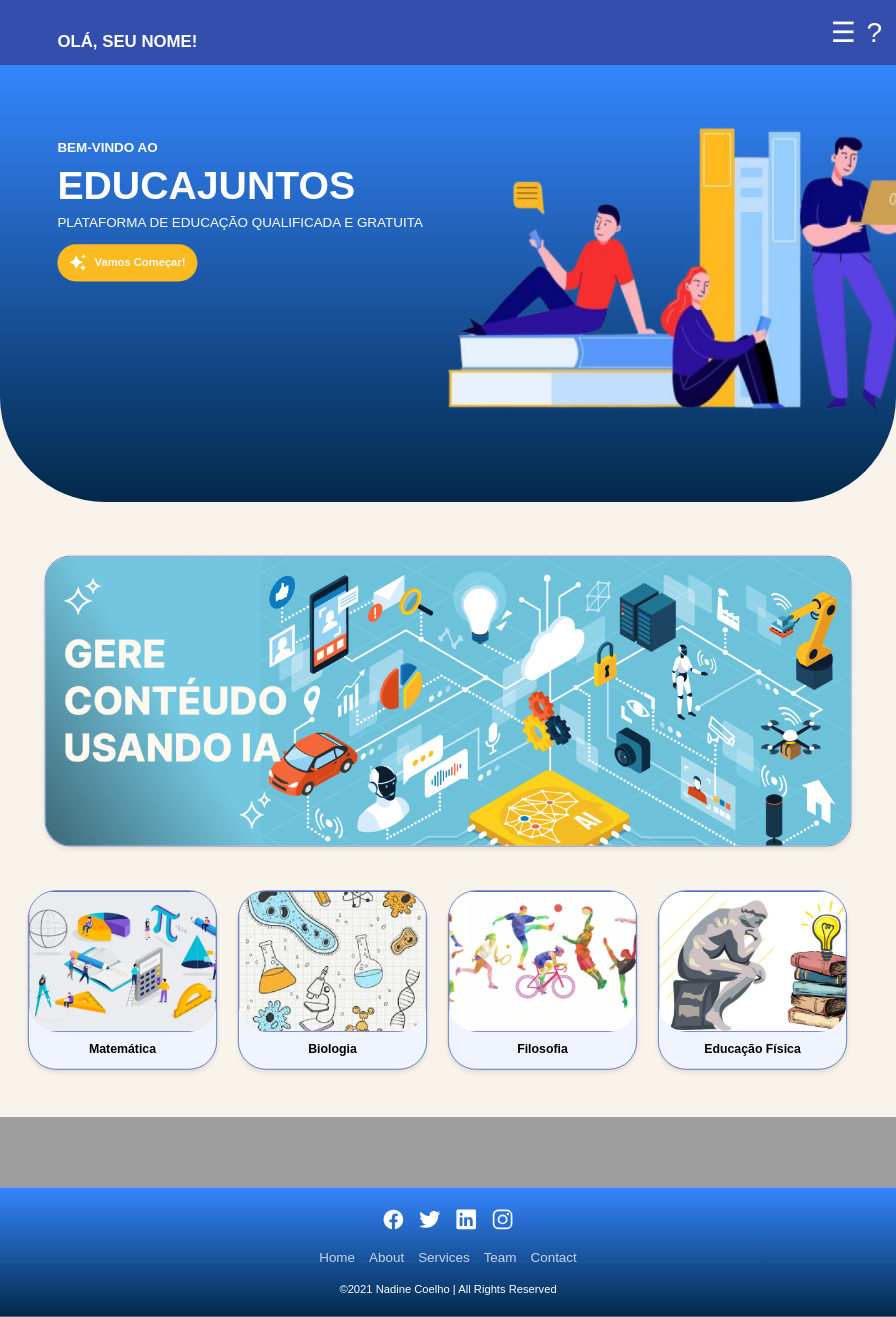
Repository: Matheus904-12/EDUCAJUNTOS
Page: inicio/index.html
An editor plug-in stored every save of this project. The page is shown before and after a run of saves, followed by the edit.
The browser window is 1280 px wide. The pictures show the whole page, at 70% of full size.
Pictures or frames that could not be fetched are drawn as grey boxes.

Above is the page before, as saved 2024-10-28 20:32:25.

After the next 2 saves:
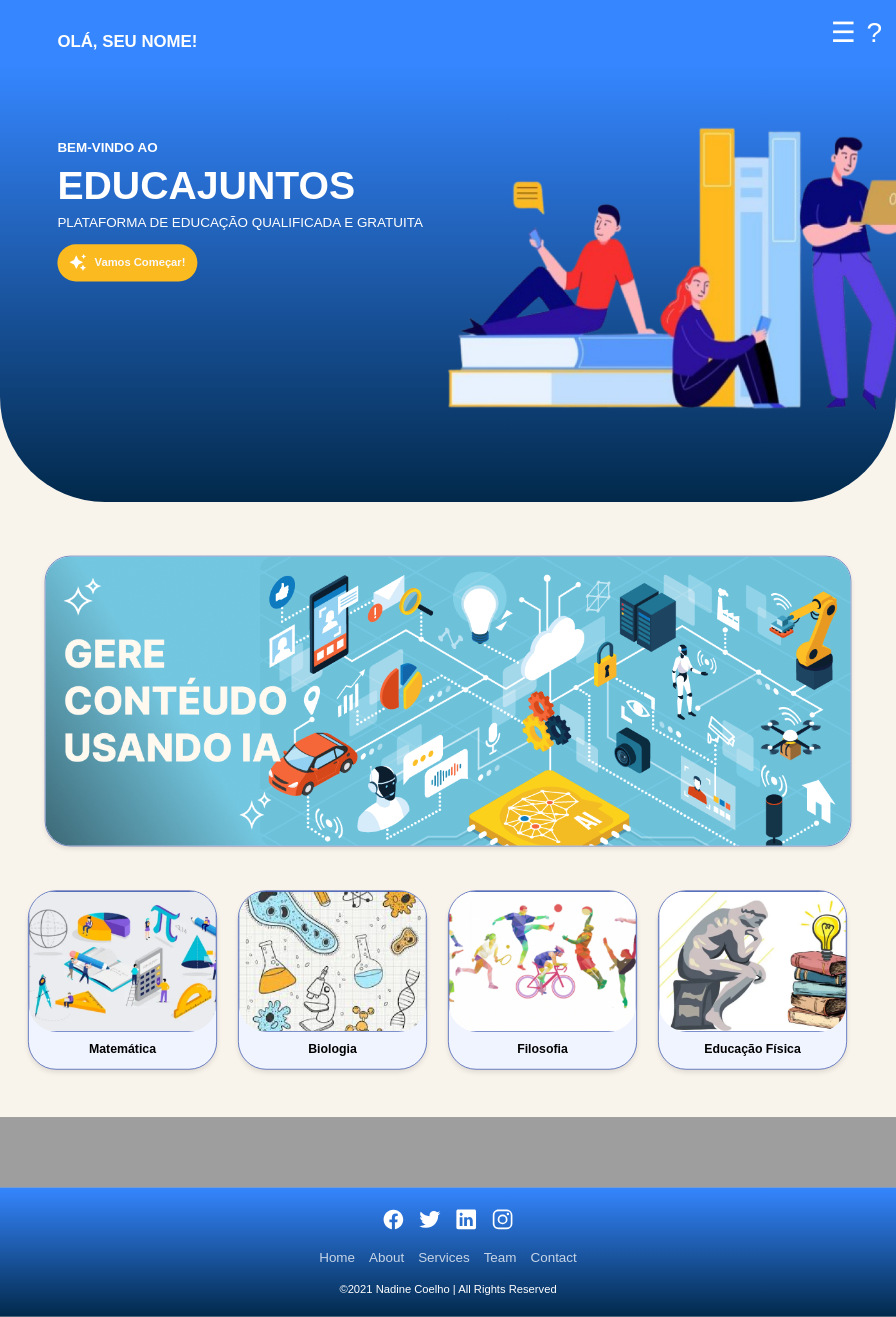
The 2 saves are shown as one change because they came seconds apart.
The last was saved 15 s later.
--- a/inicio/style.css
+++ b/inicio/style.css
@@ -11,7 +11,7 @@ body {
 }
 
 header {
-    background-color: #334EAC;
+    background-color: #3586ff;
     color: #fff;
     padding: 20px;
     display: flex;
